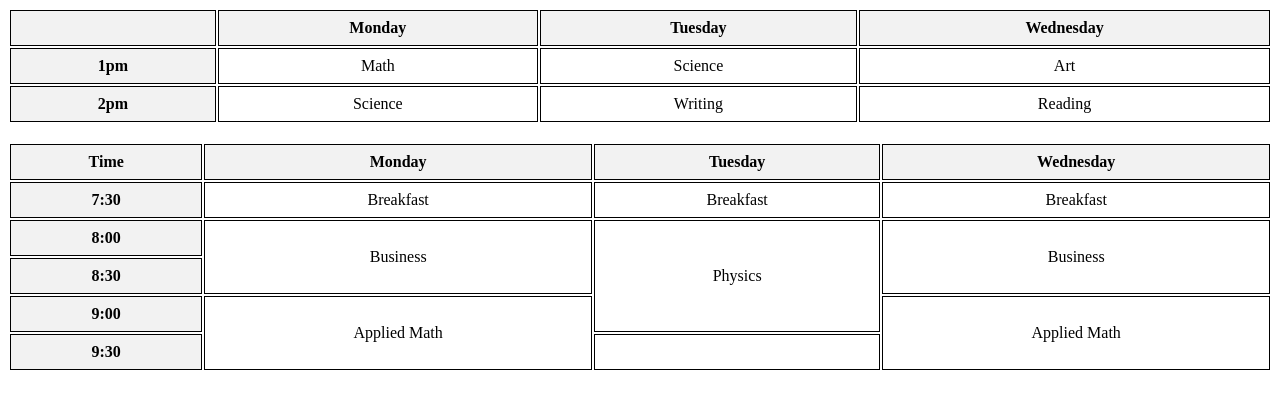
Repository: jefflai0412/website_design
Page: task1.html
An editor plug-in stored every save of this project. The page is shown before and after the next save, followed by the edit.
The browser window is 1280 px wide. The pictures show the whole page.

Above is the page before, as saved 2024-10-18 13:55:24.

### task1.html
<!DOCTYPE html>
<html lang="en">
<head>
    <meta charset="UTF-8">
    <meta name="viewport" content="width=device-width, initial-scale=1.0">
    <title>Document</title>
    <style>
        table {
            width: 100%;
            border: 2px;

        }

        th, td {
            border: 1px solid black;
            padding: 8px;
            text-align: center;
        }

        th {
            background-color: #f2f2f2;
        }
    </style>
</head>
<body>
    <table>
        <tr>
            <th></th>
            <th>Monday</th>
            <th>Tuesday</th>
            <th>Wednesday</th>
        </tr>

        <tr>
            <th scope="row">1pm</th>
            <td>Math</td>
            <td>Science</td>
            <td>Art</td>
        </tr>

        <tr>
            <th scope="row">2pm</th>
            <td>Science</td>
            <td>Writing</td>
            <td>Reading</td>
        </tr>
    </table>

    <br>

    <table>
        <tr>
            <th>Time</th>
            <th>Monday</th>
            <th>Tuesday</th>
            <th>Wednesday</th>
        </tr>
        <tr>
            <th scope="row">7:30</th>
            <td>Breakfast</td>
            <td>Breakfast</td>
            <td>Breakfast</td>
        </tr>
        <tr>
            <th scope="row">8:00</th>
            <td rowspan="2">Business</td>
            <td rowspan="3">Physics</td>
            <td rowspan="2">Business</td>
        </tr>
        <tr>
            <th scope="row">8:30</th>
        </tr>
        <tr>
            <th scope="row">9:00</th>
            <td rowspan="2">Applied Math</td>
            <td rowspan="2">Applied Math</td>
        </tr>

        <tr>
            <th scope="row">9:30</th>
            <td></td>
        </tr>
    </table>
</body>
</html>

After the next save:
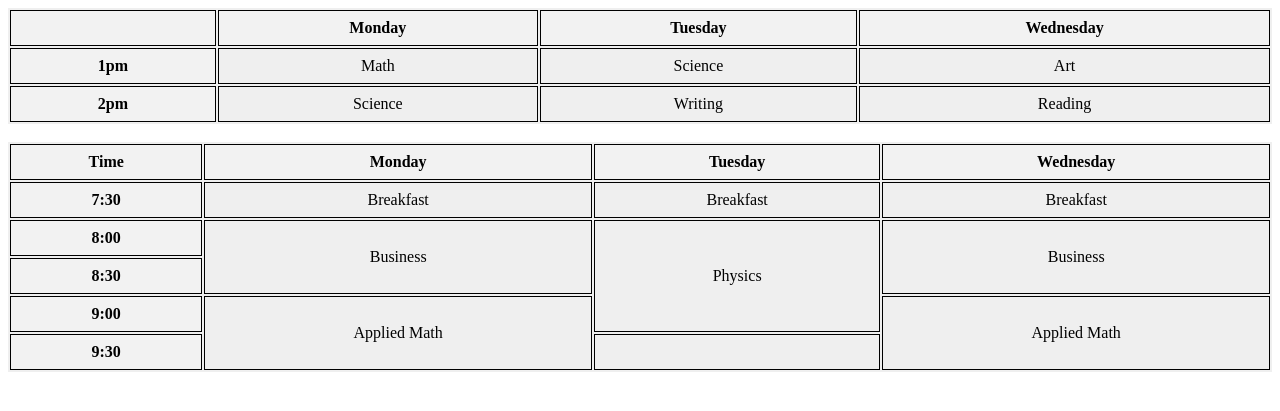
Saved 18 s later.
--- a/task1.html
+++ b/task1.html
@@ -8,7 +8,7 @@
         table {
             width: 100%;
             border: 2px;
-
+            background-color: #efefef;
         }
 
         th, td {
